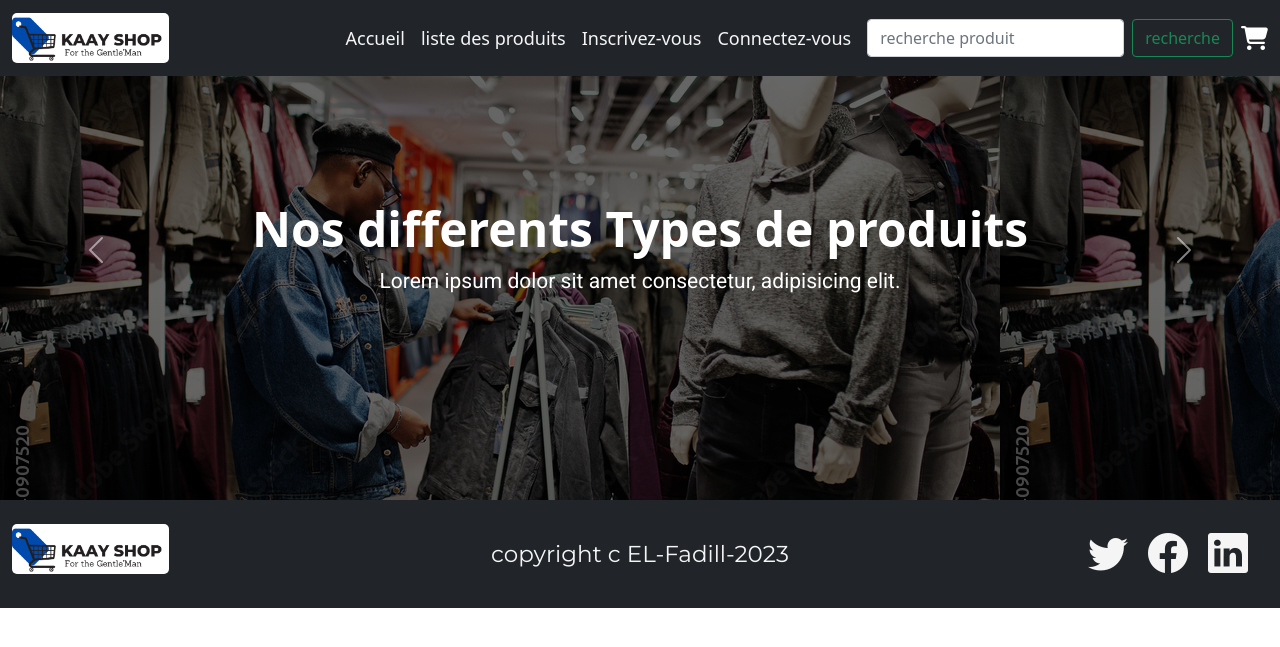
Repository: wadelfadill/Mini_projet_bootstrap_Site_vente_online
Page: list_product.html
These files come from the project's save history. The page is drawn as it stood at one moment and after the next save; the edit follows.
The browser window is 1280 px wide. The pictures show the whole page.
Some web libraries are served in a nearby version.

Above is the page before, as saved 2023-05-16 11:16:21.

After the next save:
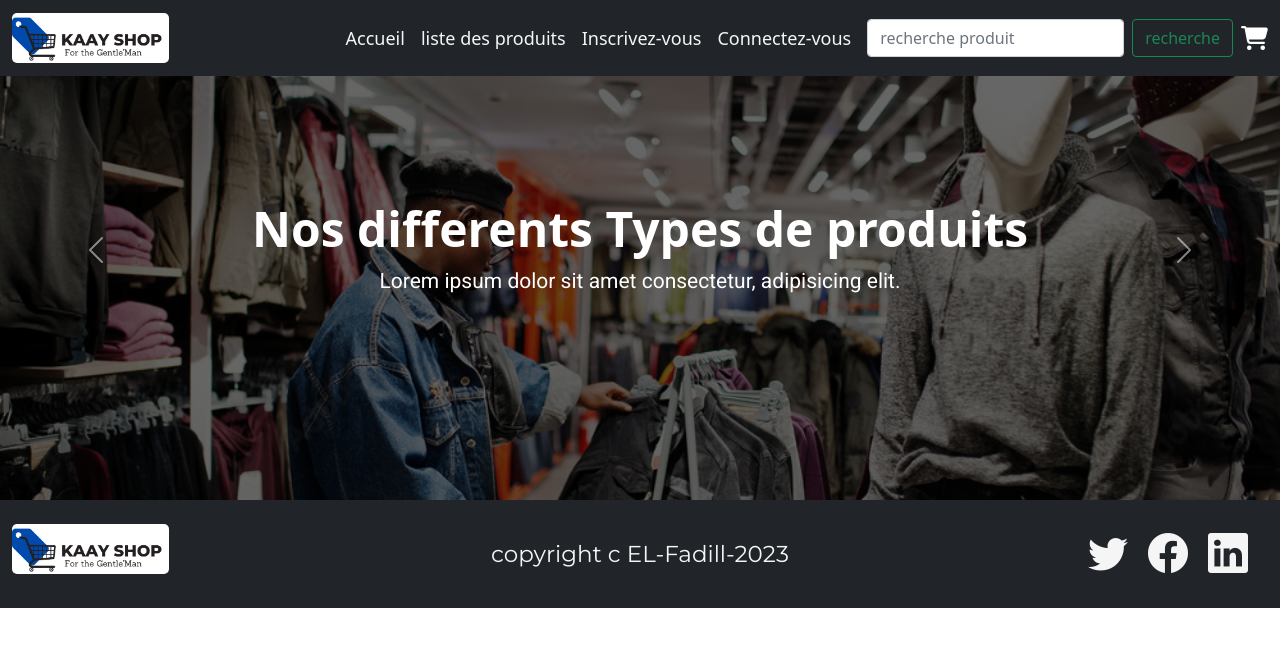
Saved 23 s later.
--- a/assets/css/list_product_style.css
+++ b/assets/css/list_product_style.css
@@ -41,13 +41,13 @@
     width: 100%;
     height: 500px;
     background-image: linear-gradient(rgba(0,0,0, 0.6), rgba(0,0,0, 0.6)), url("../images/item1.jpeg");
+    background-size: cover;
 }
 .item2{
      padding-top: 100px;
     width: 100%;
     height: 500px;
     background-image: linear-gradient(rgba(0,0,0, 0.6), rgba(0,0,0, 0.6)), url("../images/item2.jpeg");
-    background-size: cover;
 }
 .item3{
      padding-top: 100px;
